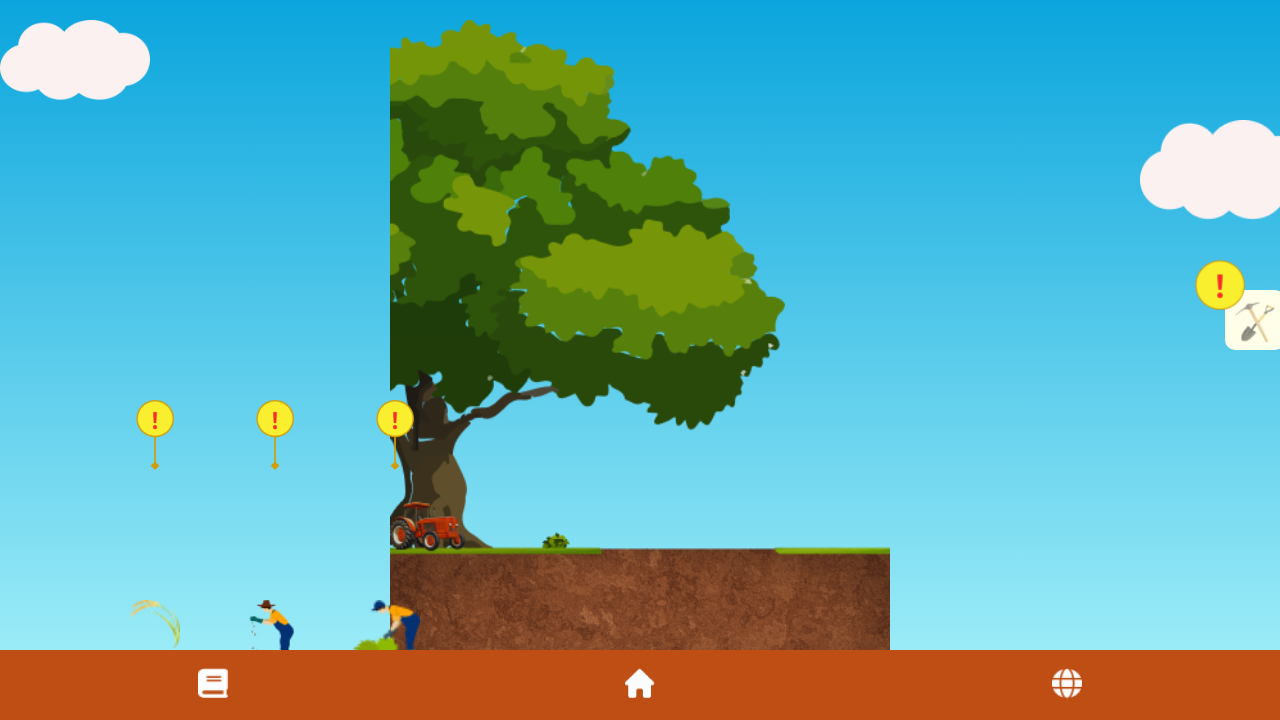
Repository: kobuchisouta/kome-app
Page: /
An editor plug-in stored every save of this project. The page is shown before and after the next save, followed by the edit.
The browser window is 1280 px wide. The pictures show the whole page.
The project was rebuilt for these pictures with package versions that can differ from the ones it lists, and the page was loaded fresh each time. The framework's server and built-in components were replaced by stand-ins that run in the browser. Also part of the build but not shown: next.config.ts.

Above is the page before, as saved 2025-01-29 11:16:31.

After the next save:
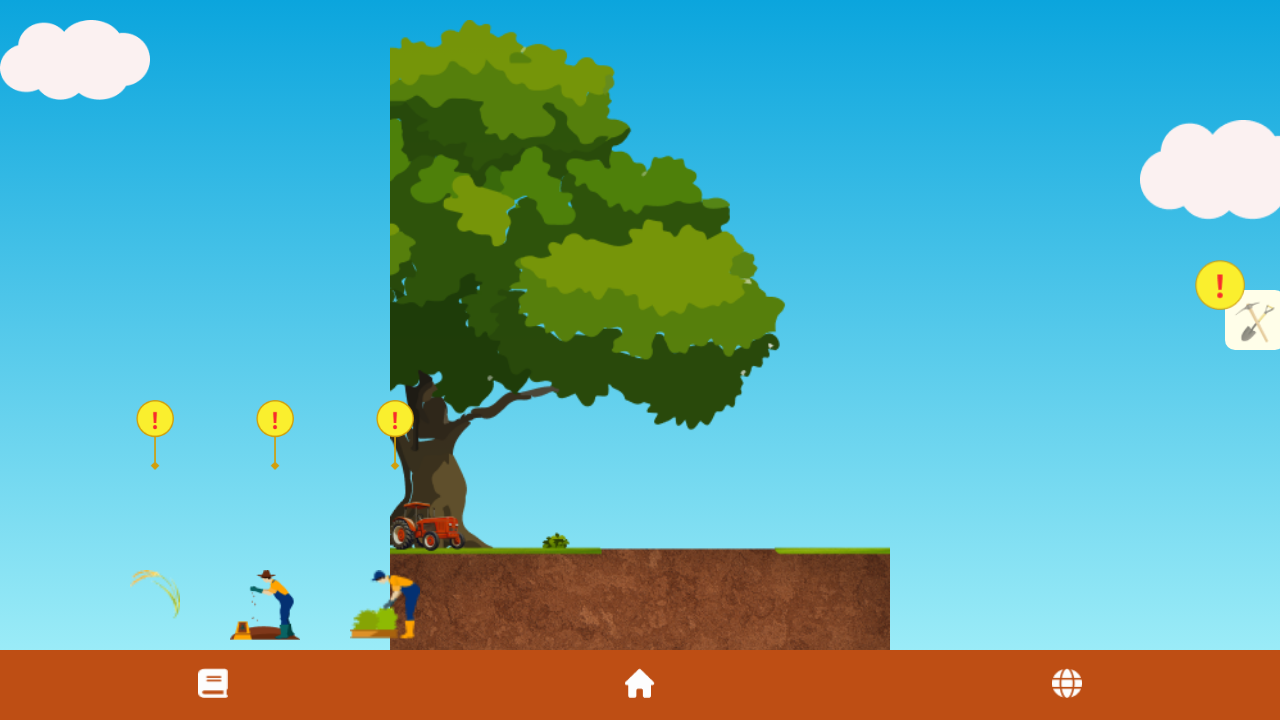
Saved 5 s later.
--- a/src/app/page.module.css
+++ b/src/app/page.module.css
@@ -51,7 +51,7 @@
 		position: relative;
 		display: flex;
 		gap: 50px;
-		top: 600px;
+		top: 570px;
 		left: 130px;
 	}
 
